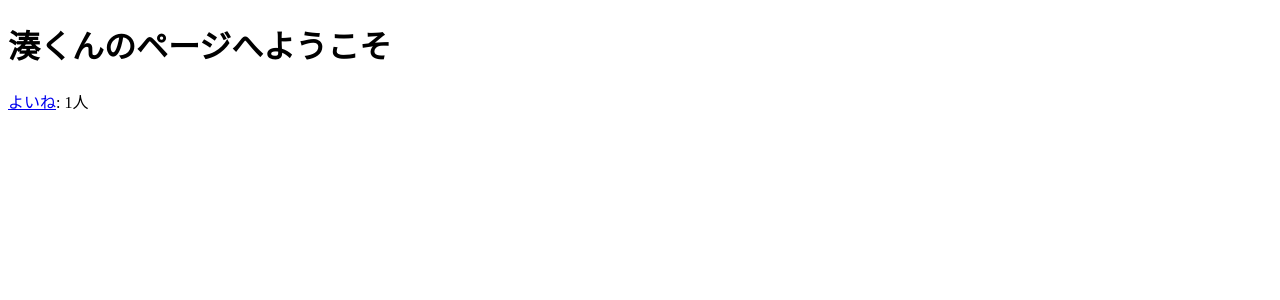
Repository: kidoikuya/learning-git
Page: http://localhost/example/MinatoIndex?action=like
These files come from the project's save history. The page is drawn as it stood at one moment and after the next save; the edit follows.
The browser window is 1280 px wide. The pictures show the whole page.
The page is served by Tomcat 10. Other server files are loaded and not shown.

Above is the page before, as saved 2024-11-11 06:38:06.

### ドリルJava/example/src/main/webapp/WEB-INF/jsp/minatoIndex.jsp
<%@ page language="java" contentType="text/html; charset=UTF-8"
    pageEncoding="UTF-8"%>
<%@ page import="model.SiteEV" %>
<%
SiteEV siteEV = (SiteEV)application.getAttribute("siteEV");
%>
<!DOCTYPE html>
<html>
<head>
<meta charset="UTF-8">
<title>湊くんのページ</title>
</head>
<body>
<h1>湊くんのページへようこそ</h1>
<p>
<a href="MinatoIndex?action=like">よいね</a>:
<%= siteEV.getLike() %>人
</body>
</html>

### ドリルJava/example/src/main/java/servlet/MinatoIndex.java
package servlet;

import java.io.IOException;

import jakarta.servlet.RequestDispatcher;
import jakarta.servlet.ServletContext;
import jakarta.servlet.ServletException;
import jakarta.servlet.annotation.WebServlet;
import jakarta.servlet.http.HttpServlet;
import jakarta.servlet.http.HttpServletRequest;
import jakarta.servlet.http.HttpServletResponse;
import model.SiteEV;
import model.SiteEVLogic;

@WebServlet("/MinatoIndex")
public class MinatoIndex extends HttpServlet {
	private static final long serialVersionUID = 1L;
	protected void doGet(HttpServletRequest request, HttpServletResponse response) throws ServletException, IOException {
		// アプリケーションスコープに保存されたサイト評価を取得
		ServletContext application = this.getServletContext();
		SiteEV siteEV = (SiteEV)application.getAttribute("siteEV");
		// サイト評価の初期化(初回リクエスト時実行)
		if(siteEV==null) {
			siteEV = new SiteEV();
		}
		// リクエストパラメータの取得
		request.setCharacterEncoding("UTF-8");
		String action = request.getParameter("action");
		// サイトの評価処理(初回リクエスト時は実行しない)
		SiteEVLogic siteEVLogic = new SiteEVLogic();
		if(action != null && action.equals("like")) {
			siteEVLogic.like(siteEV);
		} else if(action != null && action.equals("dislike")){
			siteEVLogic.dislike(siteEV);
		}

		// アプリケーションスコープにサイト評価を保存
		application.setAttribute("siteEV", siteEV);

		// フォワード
		RequestDispatcher dispatcher = request.getRequestDispatcher("WEB-INF/jsp/minatoIndex.jsp");
		dispatcher.forward(request, response);
	}

}

### ドリルJava/example/src/main/java/model/SiteEV.java
package model;

import java.io.Serializable;

public class SiteEV implements Serializable{
	private int like;
	private int dislike;

	public SiteEV() {
		like = 0;
		dislike =0;
	}

	public int getLike() {return like;}
	public void setLike(int like) {this.like = like;}
	public int getDislike() {return dislike;}
	public void setDisLike(int dislike) {this.dislike = dislike;}
}

### ドリルJava/example/src/main/java/model/SiteEVLogic.java
package model;

public class SiteEVLogic {
	public void like(SiteEV site) {
		int count = site.getLike();
		site.setLike(count + 1);
	}
	public void dislike(SiteEV site) {
		int count = site.getDislike();
		site.setDisLike(count + 1);
	}
}

After the next save:
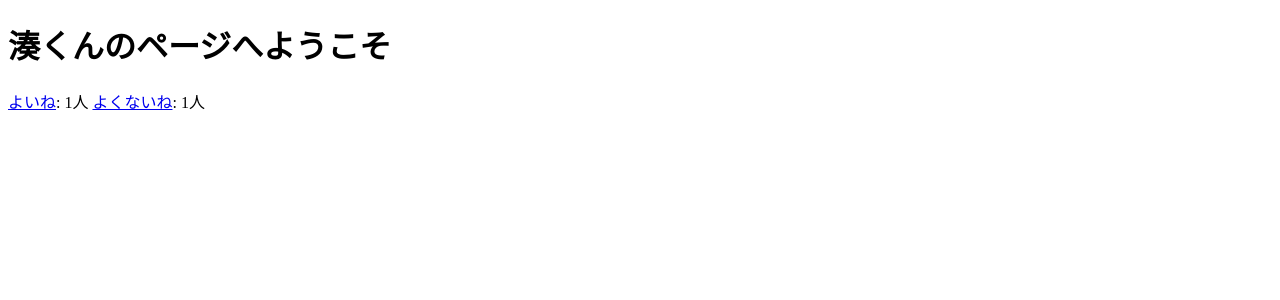
Saved 2 min 38 s later.
--- a/ドリルJava/example/src/main/webapp/WEB-INF/jsp/minatoIndex.jsp
+++ b/ドリルJava/example/src/main/webapp/WEB-INF/jsp/minatoIndex.jsp
@@ -15,5 +15,7 @@ SiteEV siteEV = (SiteEV)application.getAttribute("siteEV");
 <p>
 <a href="MinatoIndex?action=like">よいね</a>:
 <%= siteEV.getLike() %>人
+<a href="MinatoIndex?action=dislike">よくないね</a>:
+<%= siteEV.getLike() %>人
 </body>
 </html>
